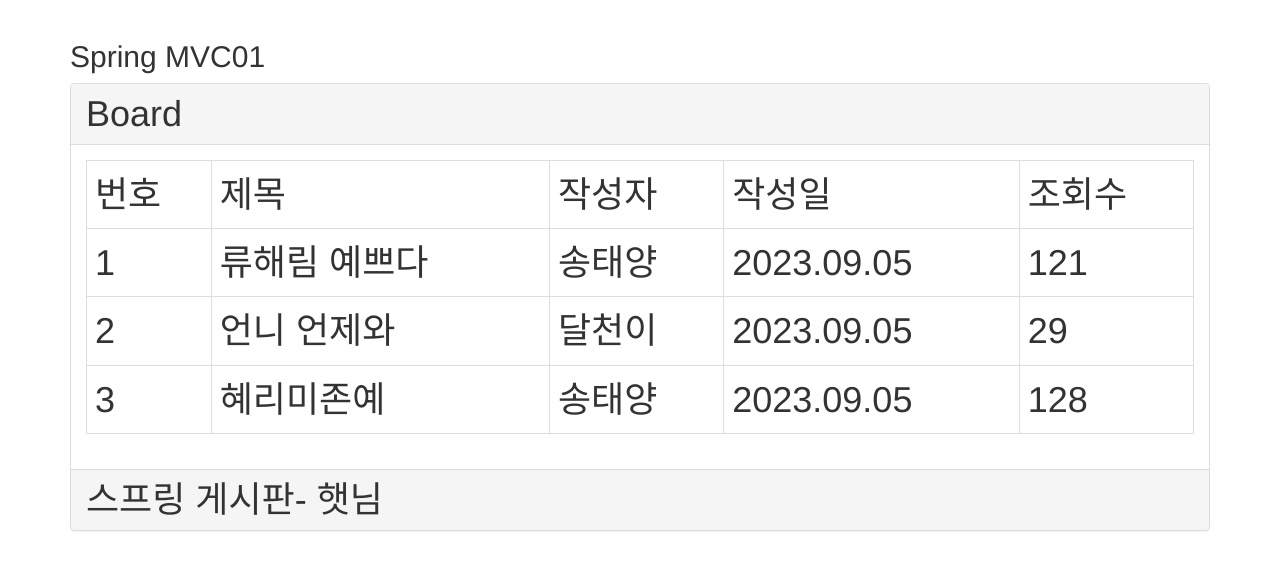
Repository: Hyerim-Ryu/Spring-
Page: http://localhost/SpringMVC01/boardList.do
An editor plug-in stored every save of this project. The page is shown before and after the next save, followed by the edit.
The browser window is 1280 px wide. The pictures show the whole page.
The page is served by Tomcat 9.

Above is the page before, as saved 2023-09-05 02:13:18.

After the next save:
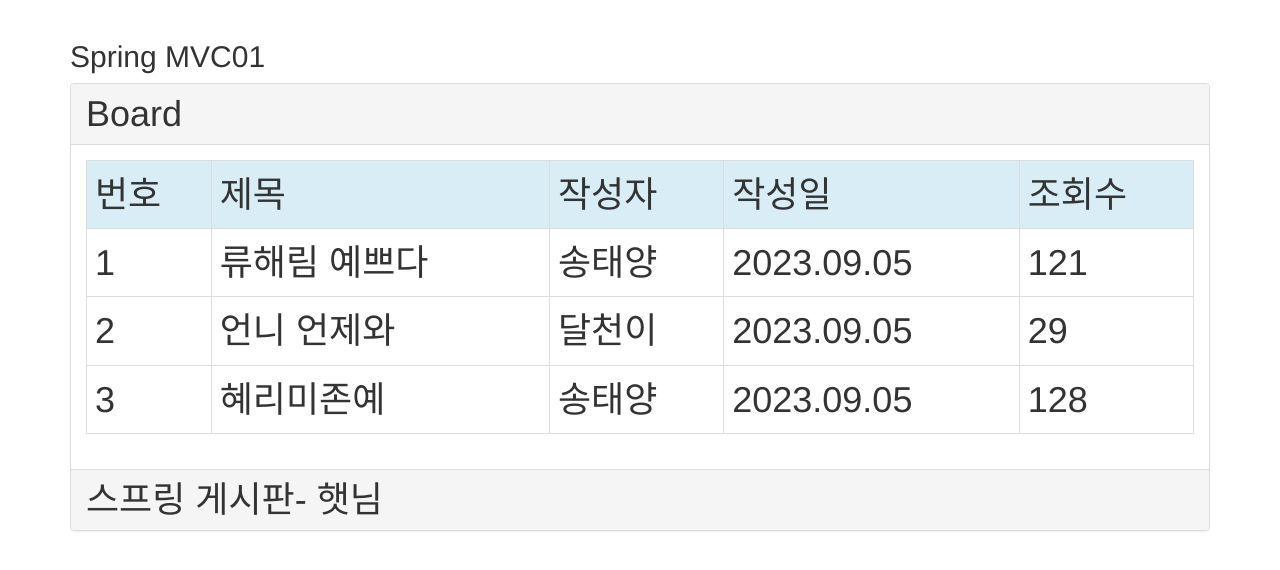
Saved 20 s later.
--- a/workspace.edu/SpringMVC01/src/main/webapp/WEB-INF/views/boardList.jsp
+++ b/workspace.edu/SpringMVC01/src/main/webapp/WEB-INF/views/boardList.jsp
@@ -18,7 +18,7 @@
 			    <div class="panel-heading">Board</div>
 			    <div class="panel-body">
 			    	<table class="table table-bordered table-hover">
-			    		<tr>
+			    		<tr class="info">
 			    			<td>번호</td>
 			    			<td>제목</td>
 			    			<td>작성자</td>
